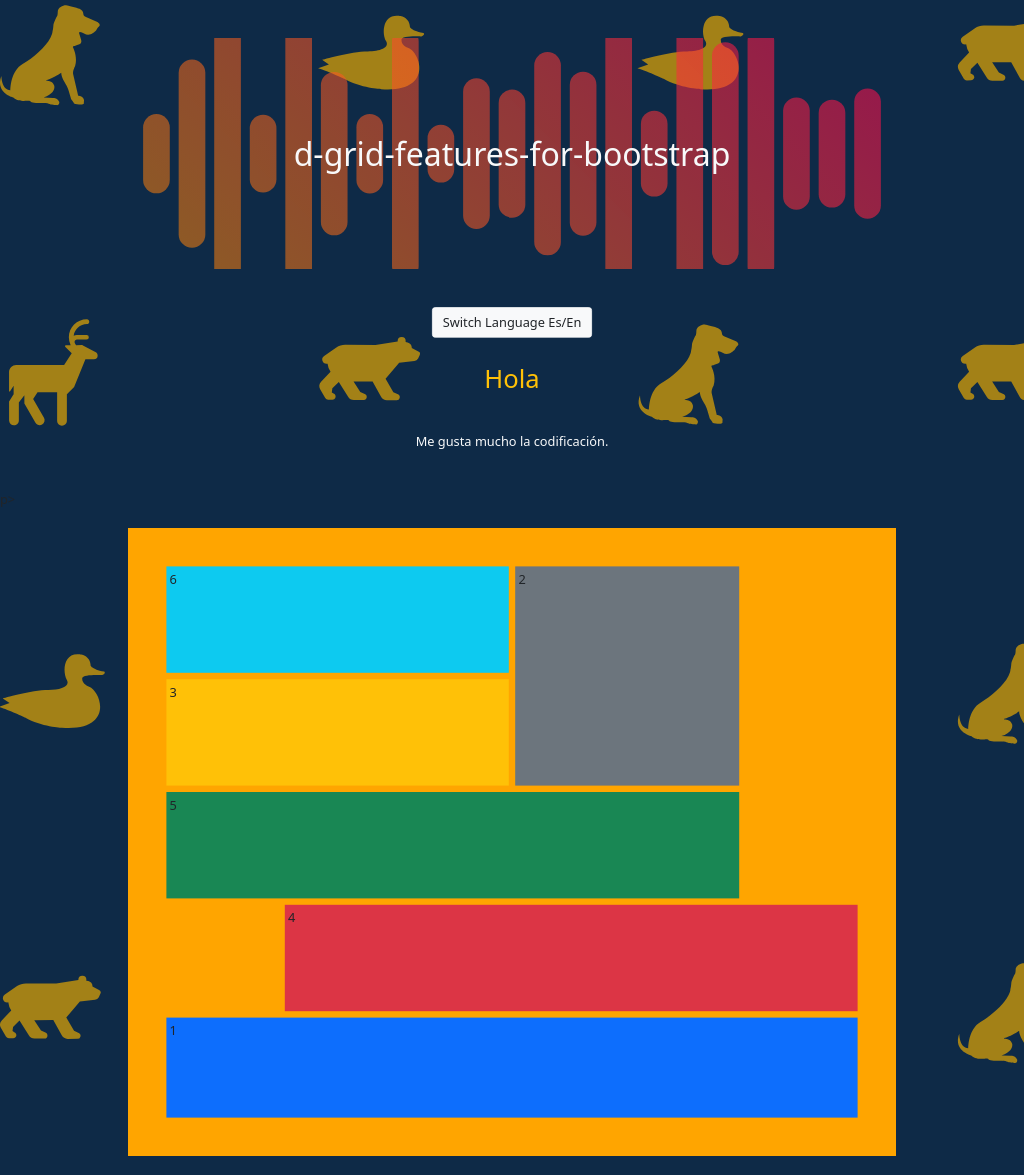
Repository: LynxPardelle/d-grid-features-for-bootstrap
Page: index.html
An editor plug-in stored every save of this project. The page is shown before and after the next save, followed by the edit.
The browser window is 1280 px wide. The pictures show the whole page, at 80% of full size.

Above is the page before, as saved 2021-10-20 23:49:52.

After the next save:
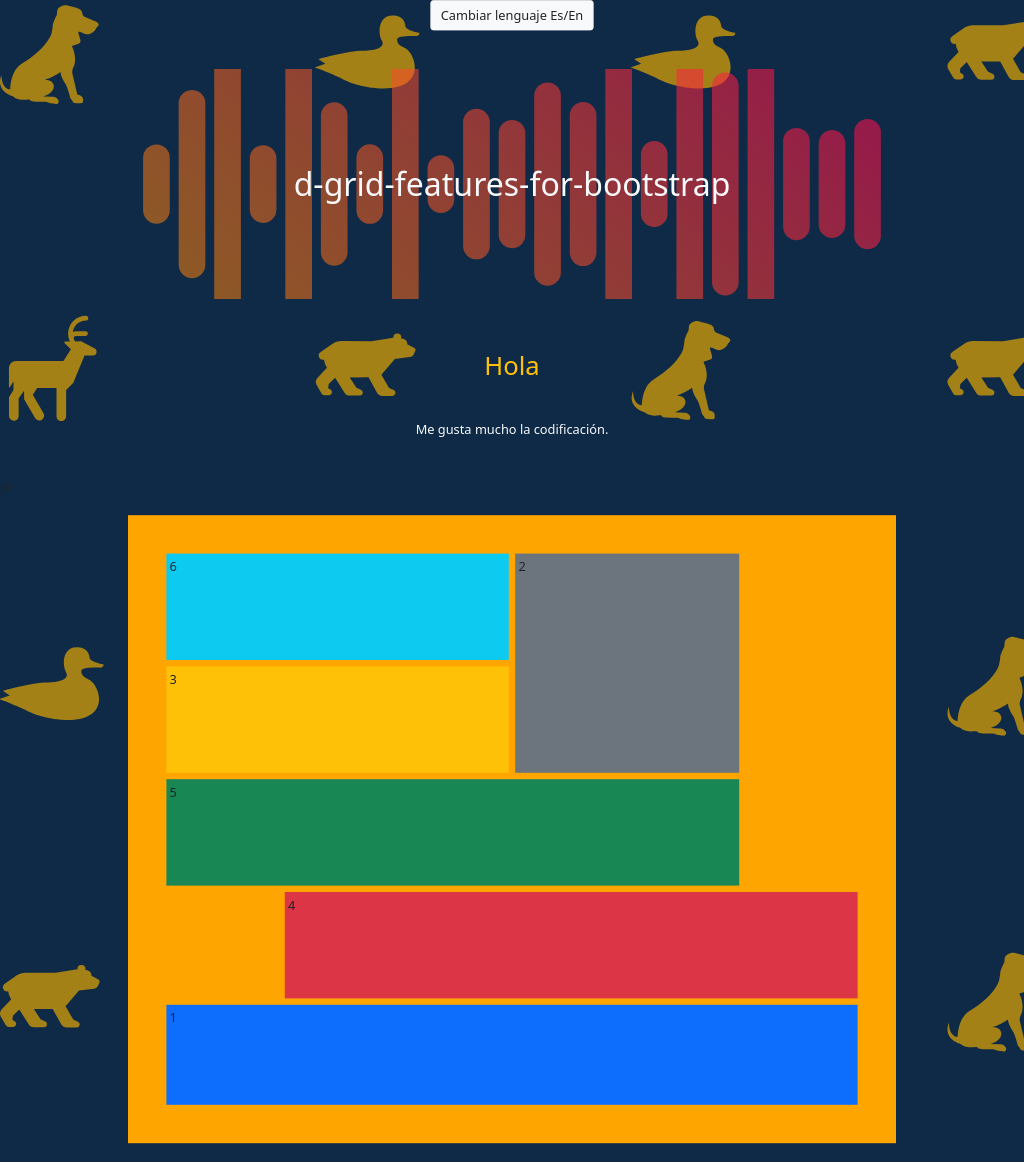
Saved 72 s later.
--- a/index.html
+++ b/index.html
@@ -30,9 +30,17 @@
     </style>
   </head>
   <body>
+    <!-- Change Languaje -->
+    <button id="switch-lang" onclick="SwitchLang()" class=" d-block mx-auto btn btn-light text-dark ">
+      <span data-lang="en">
+        Switch Language Es/En
+      </span>
+      <span data-lang="es">
+        Cambiar lenguaje Es/En
+      </span>
+    </button>
     <h1 class="text-center text-light my-5">d-grid-features-for-bootstrap</h1>
 
-    <button id="switch-lang" onclick="SwitchLang()" class=" d-block mx-auto btn btn-light text-dark ">Switch Language Es/En</button>
 
     <h2 class="text-center text-light p-3 m-3">
       <span data-lang="en" class="text-warning">Hello</span>
